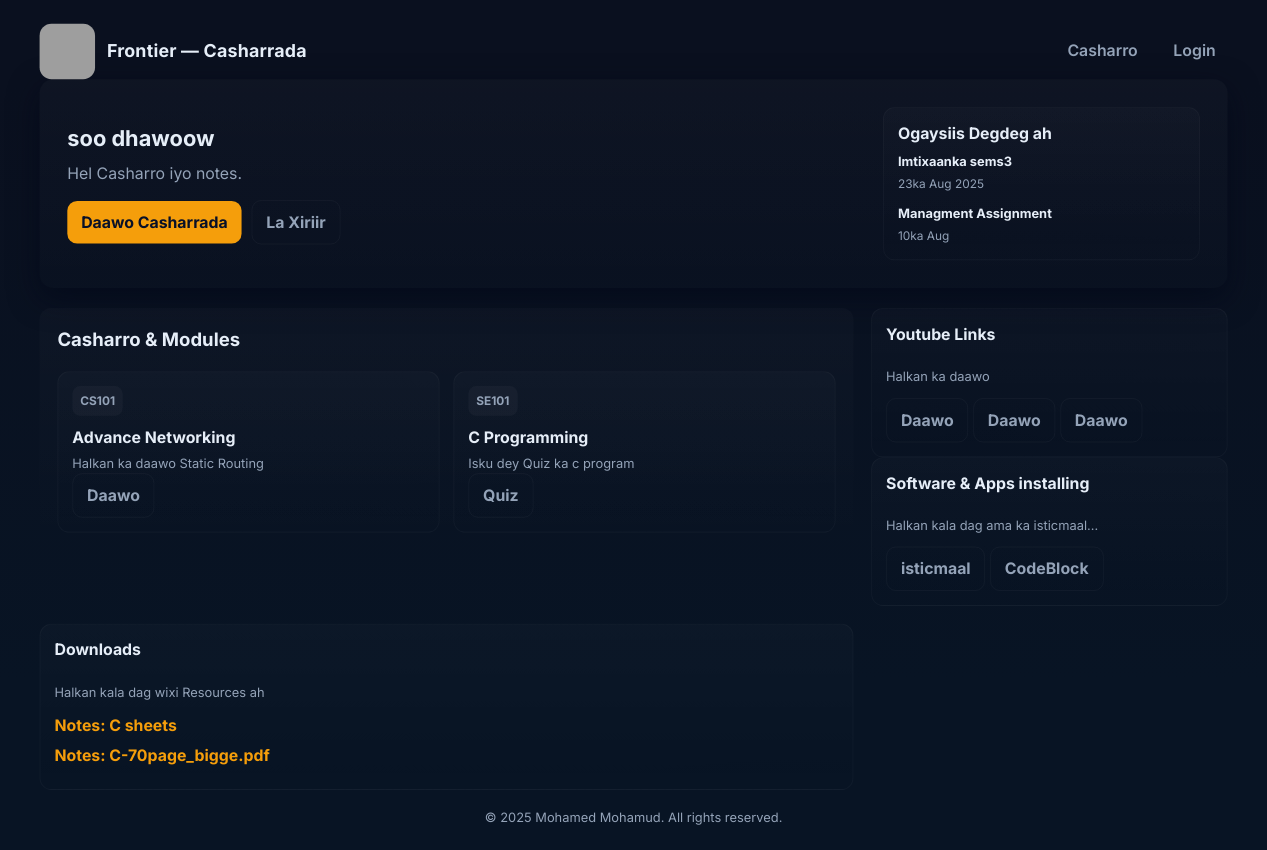
Repository: mrfiiqane/Al-Tacaawun.com
Page: index.html
An editor plug-in stored every save of this project. The page is shown before and after the next save, followed by the edit.
The browser window is 1280 px wide. The pictures show the whole page, at 99% of full size.
Pictures or frames that could not be fetched are drawn as grey boxes.

Above is the page before, as saved 2025-08-12 08:57:19.

After the next save:
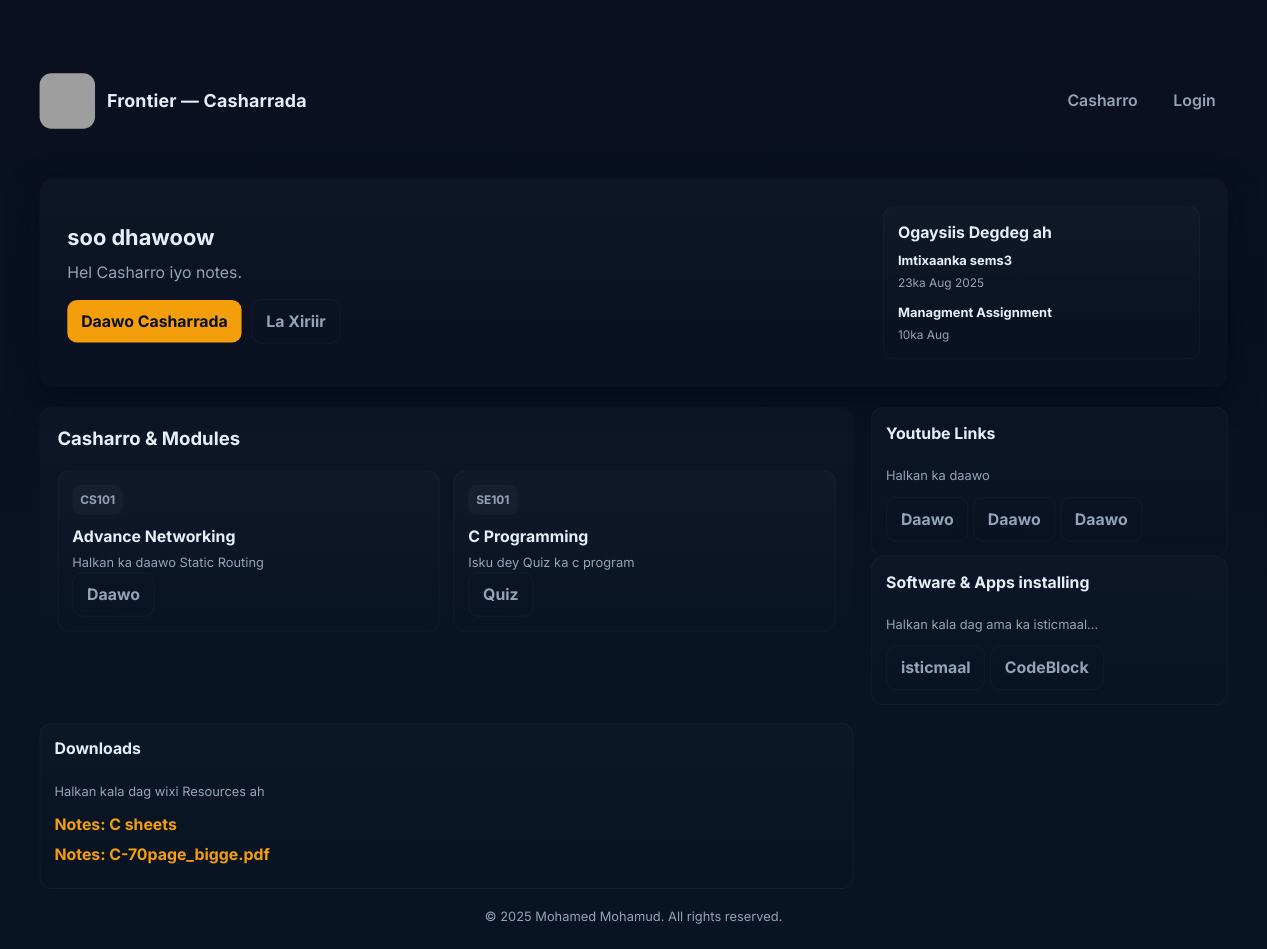
Saved 9 s later.
--- a/style.css
+++ b/style.css
@@ -36,7 +36,7 @@
       align-items:center;
       justify-content:space-between;
       gap:16px;
-      margin: ;
+      margin: 50px auto;
     }
     .brand{
       display:flex;
